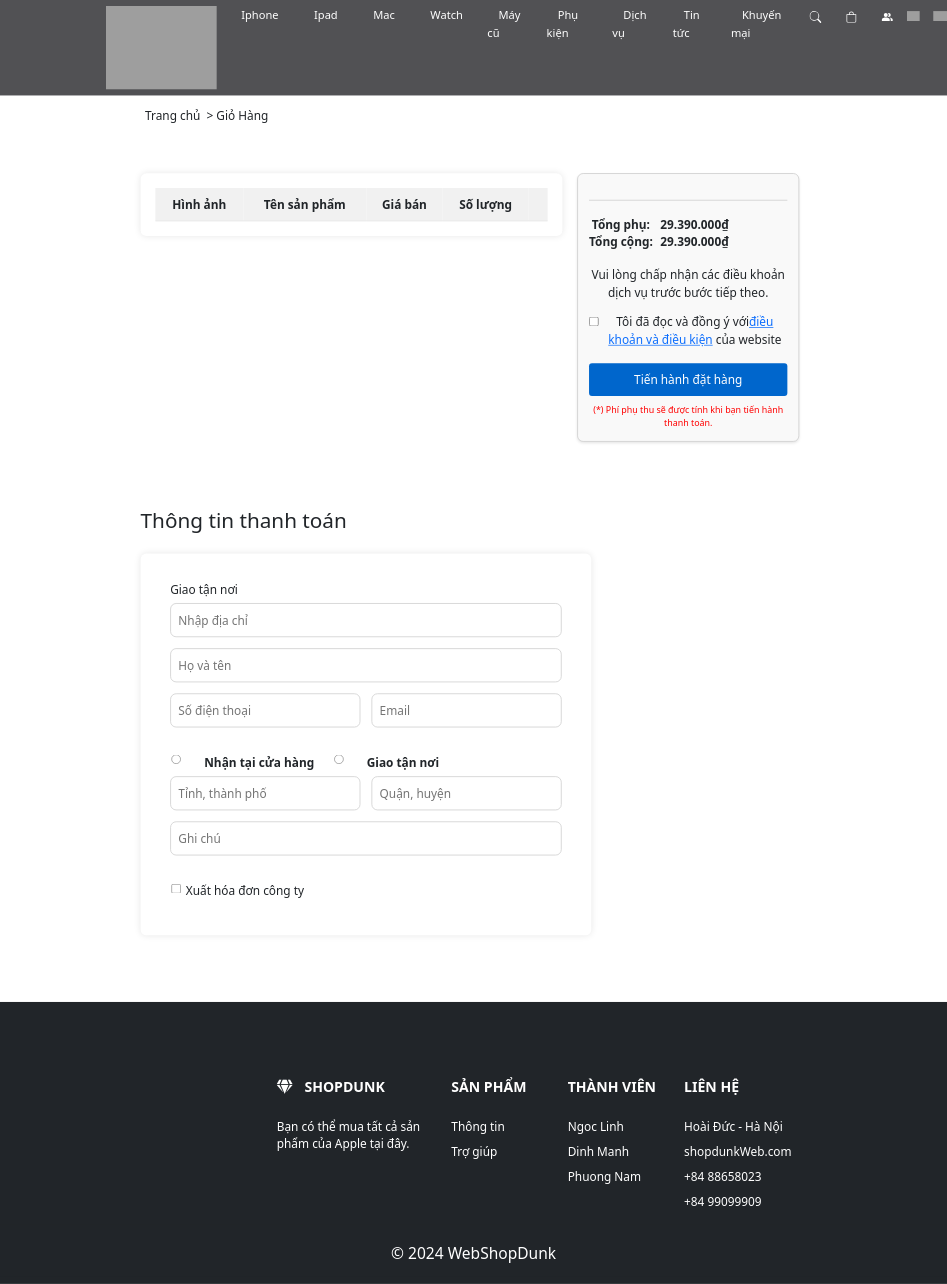
Repository: 20092004nam2k4/FE-ShopDunk
Page: /cart
An editor plug-in stored every save of this project. The page is shown before and after the next save, followed by the edit.
The browser window is 1280 px wide. The pictures show the whole page, at 74% of full size.
Pictures or frames that could not be fetched are drawn as grey boxes. The page's requests for data from a server got no answer. The project was rebuilt for these pictures with package versions that can differ from the ones it lists, and the page was loaded fresh each time. No one was signed in, and anything a server would have sent is missing. Also part of the build but not shown: src/component/common/SlideImage.css, src/component/common/SlideImage.js, src/component/product/ProductList.js, src/component/product/ProductDetail.css, src/component/product/ProductDetail.js, src/component/user/LoginUser.js, src/component/user/UserProfile.js, src/component/user/RegistrationForm.css and 2 more.

Above is the page before, as saved 2024-06-26 14:23:36.

After the next save:
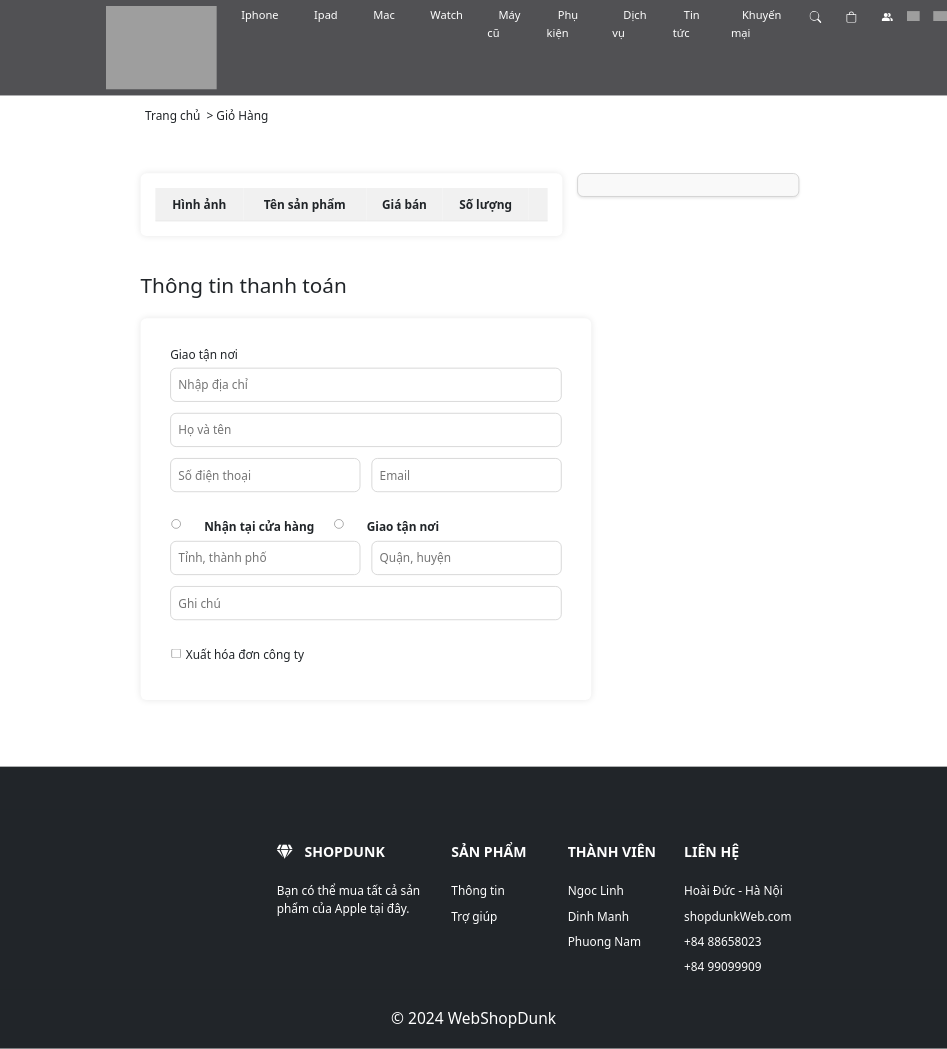
Saved 4 min 12 s later.
--- a/src/component/cart/CartPage.js
+++ b/src/component/cart/CartPage.js
@@ -243,52 +243,7 @@
                 </div>
                 <div className="addon-buttons"></div>
               </div> */}
-              <div class="totals">
-
-                        <div class="total-info">
-    <table class="cart-total">
-        <tbody>
-            <tr class="order-subtotal">
-                <td class="cart-total-left">
-                    <label>Tổng phụ:</label>
-                </td>
-                <td class="cart-total-right">
-                    <span class="value-summary">29.390.000₫</span>
-                </td>
-            </tr>
-            <tr class="order-total">
-                <td class="cart-total-left">
-                    <label>Tổng cộng:</label>
-                </td>
-                <td class="cart-total-right">
-                        <span class="value-summary">29.390.000₫</span>
-                </td>
-            </tr>
-        </tbody>
-    </table>
-</div>
-
-
-                                <div id="terms-of-service-warning-box" title="Điều khoản dịch vụ" >
-                                    <p>Vui lòng chấp nhận các điều khoản dịch vụ trước bước tiếp theo.</p>
-                                </div>
-                                <div class="terms-of-service">
-                                    <div class="d-flex">
-                                        <div><input id="termsofservice" type="checkbox" name="termsofservice"/></div>
-                                        <label for="termsofservice"><span class="rule-web">Tôi đã đọc và đồng ý với</span><a href="/chinh-sach-doi-tra" class="read" target="_blank">điều khoản và điều kiện</a> <span class="rule-web">của website</span></label>
-                                    </div>
-
-                                </div>
-                            <div class="checkout-buttons">
-
-                                        <button type="submit" id="checkout" name="checkout" value="checkout" class="button-1 checkout-button">
-                                            Tiến hành đặt hàng
-                                        </button>
-                            </div>
-                            <div class="note-ck">(*) Phí phụ thu sẽ được tính khi bạn tiến hành thanh toán.</div>
-                            <div class="addon-buttons">
-                            </div>
-                    </div>
+
             </div>
           </div>
         </div>
